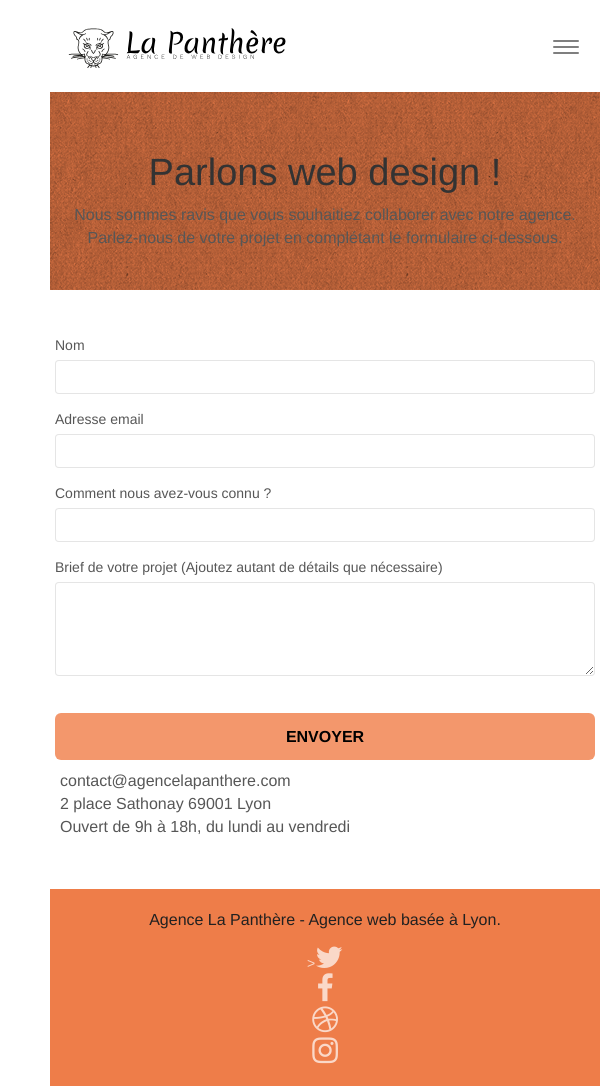
Repository: EtudianteHU/Uyarci_Hilal_4_code_012023
Page: page2.html
An editor plug-in stored every save of this project. The page is shown before and after the next save, followed by the edit.
The browser window is 600 px wide. The pictures show the whole page.

Above is the page before, as saved 2023-03-01 14:26:45.

After the next save:
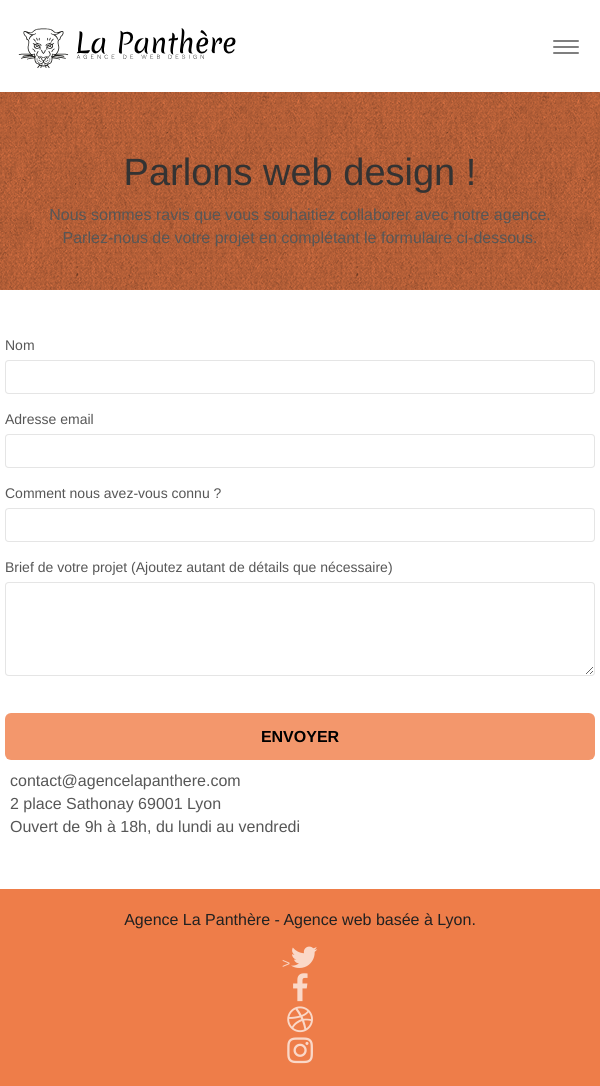
Saved 2 min 39 s later.
--- a/style.css
+++ b/style.css
@@ -904,7 +904,6 @@ h4 {
     .page-container {
         overflow-x: hidden;
         position: relative;
-        margin-left: 50px;
     }
     h1,
     h2,
